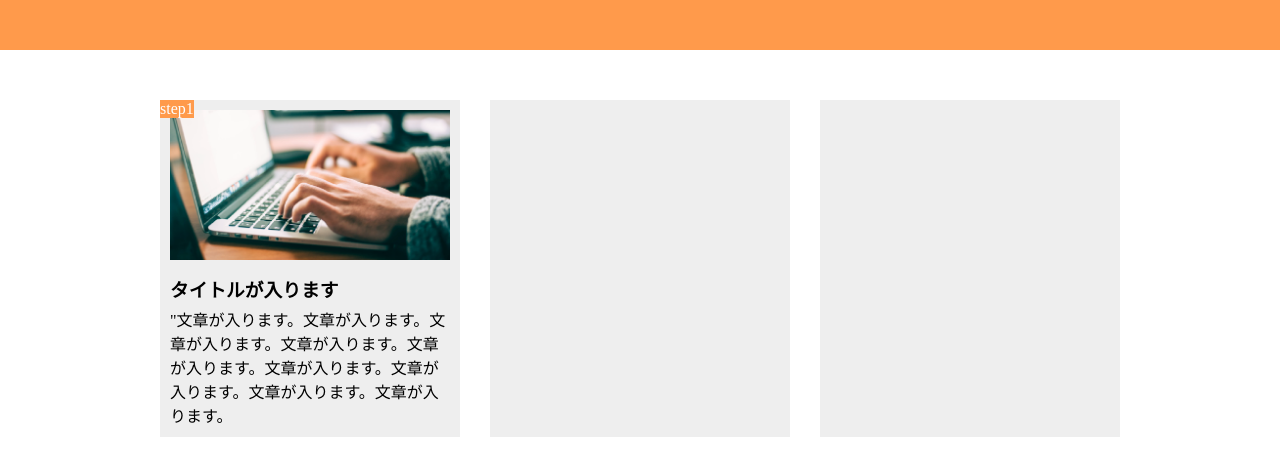
Repository: Yuya0829/HTML
Page: exercise/exercise9.html
The author's editor kept a record of every edit. The page is drawn from the files as they stood at one moment, then again after the next edit.
The browser window is 1280 px wide. The pictures show the whole page.

Above is the page before.

After the next edit:
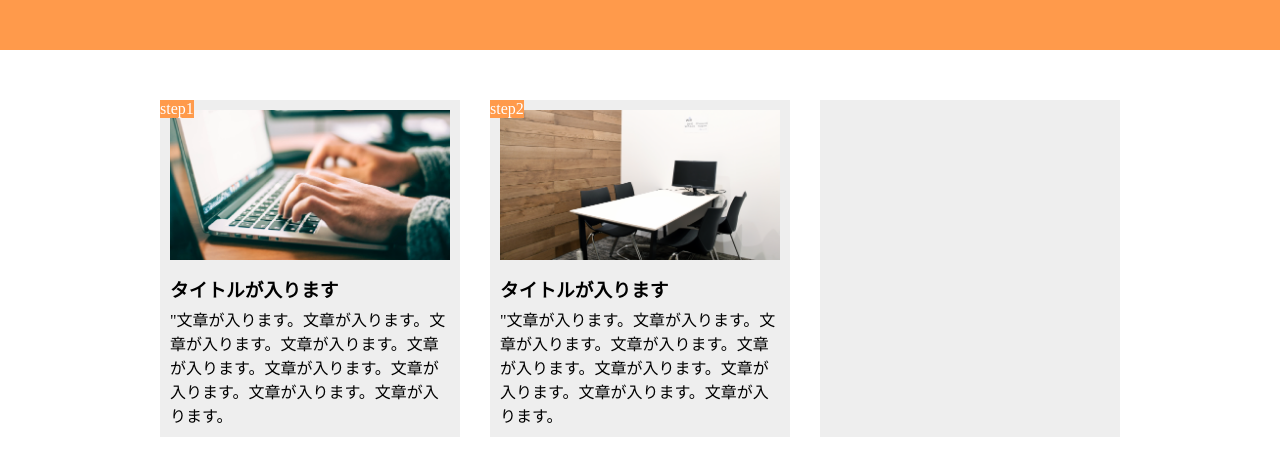
The edit:
--- a/exercise/exercise9.html
+++ b/exercise/exercise9.html
@@ -17,7 +17,14 @@
           "文章が入ります。文章が入ります。文章が入ります。文章が入ります。文章が入ります。文章が入ります。文章が入ります。文章が入ります。文章が入ります。
         </p>
       </div>
-      <div class="step-box"></div>
+      <div class="step-box">
+        <div class="step-img2"></div>
+        <span class="step-num">step2</span>
+        <h3 class="title">タイトルが入ります</h3>
+        <p class="text">
+          "文章が入ります。文章が入ります。文章が入ります。文章が入ります。文章が入ります。文章が入ります。文章が入ります。文章が入ります。文章が入ります。
+        </p>
+      </div>
       <div class="step-box"></div>
     </main>
 
